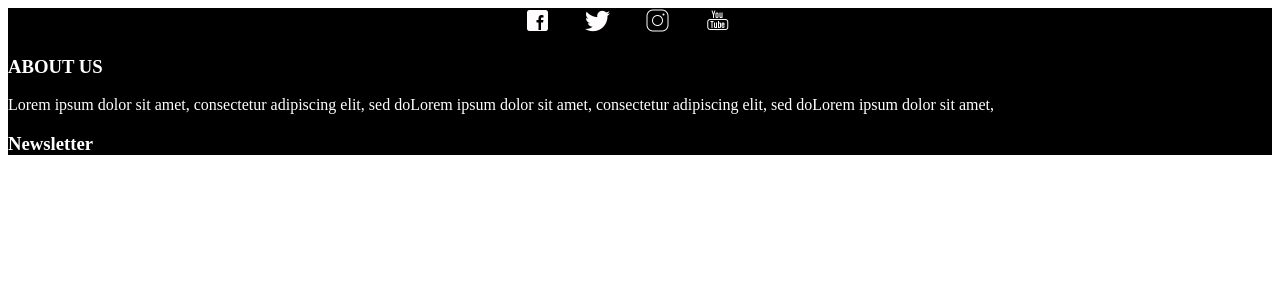
Repository: AVINKUMARP/gifts
Page: demo3.html
The author's editor kept a copy of each file at every save. The page is drawn from the files as they stood at one save, then again after the next save.
The browser window is 1280 px wide. The pictures show the whole page.

Above is the page before, as saved 2023-08-24 15:23:33.

### demo3.html
<!DOCTYPE html>
<html lang="en">
<head>
    <meta charset="UTF-8">
    <meta name="viewport" content="width=device-width, initial-scale=1.0">
    <title>Document</title>
    <style>
        .container2{
            background-color:black;
            color: white;
        }
        .ticon{
            display: flex;
            flex-wrap: wrap;
            gap: 10px;
            justify-content: center;
        }
    </style>
</head>
<body>
    <div class="container2">
        <div class="ticon">
            <div class="one"><a href="">
                <img src="./images/icons8-facebook-50.png" alt="loading..." width="50%"></a>
            </div>
            <div class="two">
                <img src="./images/icons8-twitter-50.png" alt="loading..."width="50%">
            </div>
            <div class="three">
                <a href=""><img src="./images/icons8-instagram-50.png" alt="loading..." width="50%"></a>
            </div>
            <div class="four">
                <img src="./images/icons8-youtube-50.png" alt="loading..." width="50%">
            </div>
        </div>
        <div class="list">
            <div class="lone">
                <h3>ABOUT US</h3>
                <p>Lorem ipsum dolor sit amet, consectetur adipiscing elit, sed doLorem ipsum dolor sit amet, consectetur adipiscing elit, sed doLorem ipsum dolor sit amet,</p>
            </div>
            <div class="ltwo">
                <h3>
                    Newsletter
                </h3>
            </div>
        </div>
    </div>
</body>
</html>

After the next save:
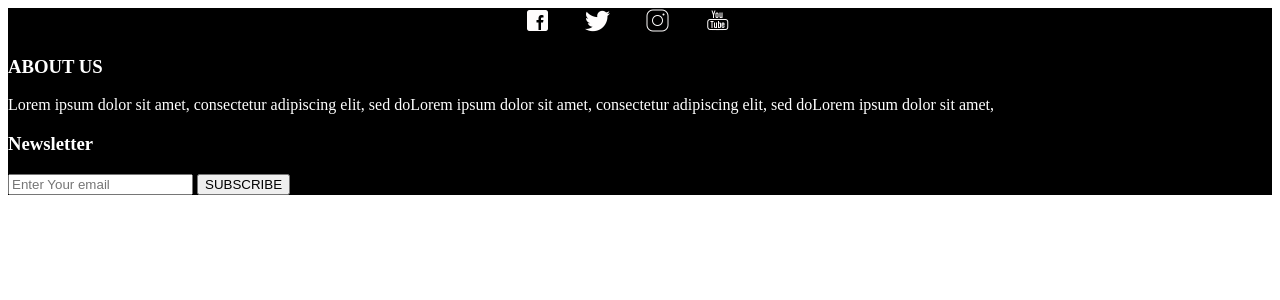
Saved 111 s later.
--- a/demo3.html
+++ b/demo3.html
@@ -42,6 +42,11 @@
                 <h3>
                     Newsletter
                 </h3>
+                <input type="email" placeholder="Enter Your email">
+                <button>SUBSCRIBE</button>
+            </div>
+            <div class="lthree">
+                <h3></h3>
             </div>
         </div>
     </div>
